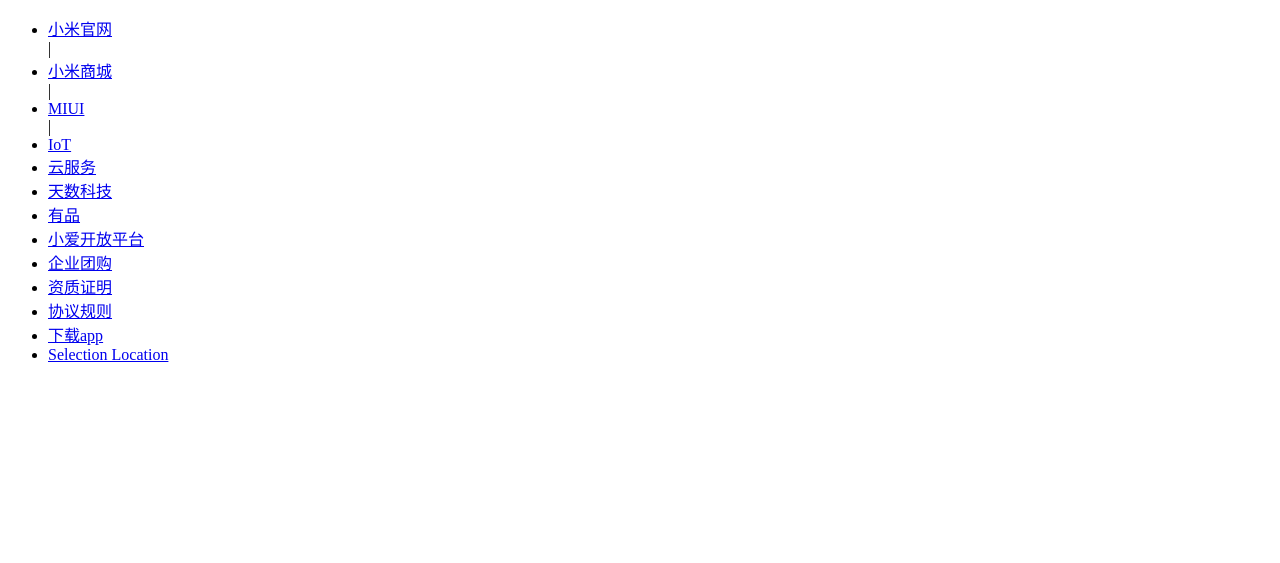
Repository: MonoYan/Mi-Homepage
Page: index.html
An editor plug-in stored every save of this project. The page is shown before and after a run of saves, followed by the edit.
The browser window is 1280 px wide. The pictures show the whole page.

Above is the page before, as saved 2022-11-22 16:11:00.

### index.html
<!DOCTYPE html>
<html lang="en">
<head>
    <meta charset="UTF-8">
    <meta http-equiv="X-UA-Compatible" content="IE=edge">
    <meta name="viewport" content="width=device-width, initial-scale=1.0">
    <title>
        小米商城 - Xiaomi 12、Redmi K50、MIX FOLD，小米电视官方网站
    </title>
</head>
<body>
    <!-- 黑色导航栏 -->
    <div class="container">
        <div class="topbar-nav">
            <ul>
                <li><a href="#">小米官网</a></li>
                <span class="sep">|</span>
                <li><a href="#">小米商城</a></li>
                <span class="sep">|</span>
                <li><a href="#">MIUI</a></li>
                <span class="sep">|</span>
                <li><a href="#">IoT</a></li>
                <li><a href="#">云服务</a></li>
                <li><a href="#">天数科技</a></li>
                <li><a href="#">有品</a></li>
                <li><a href="#">小爱开放平台</a></li>
                <li><a href="#">企业团购</a></li>
                <li><a href="#">资质证明</a></li>
                <li><a href="#">协议规则</a></li>
                <li><a href="#">下载app</a></li>
                <li><a href="#">Selection Location</a></li>
            </ul>
        </div>

    </div>
    <!-- 站内导航 -->
    <nav>

    </nav>
    <!-- 轮播 -->
    <div>

    </div>
    <!-- 轮播下面的四个导航 -->
    <div>

    </div>
    <div>

    </div>
    <!-- main page -->
    <div>

    </div>
    <!-- footer-sever -->
    <div>

    </div>
    <!-- footer-link -->
    <div>

    </div>
    <footer>

    </footer>
</body>
</html>

After the next 16 saves:
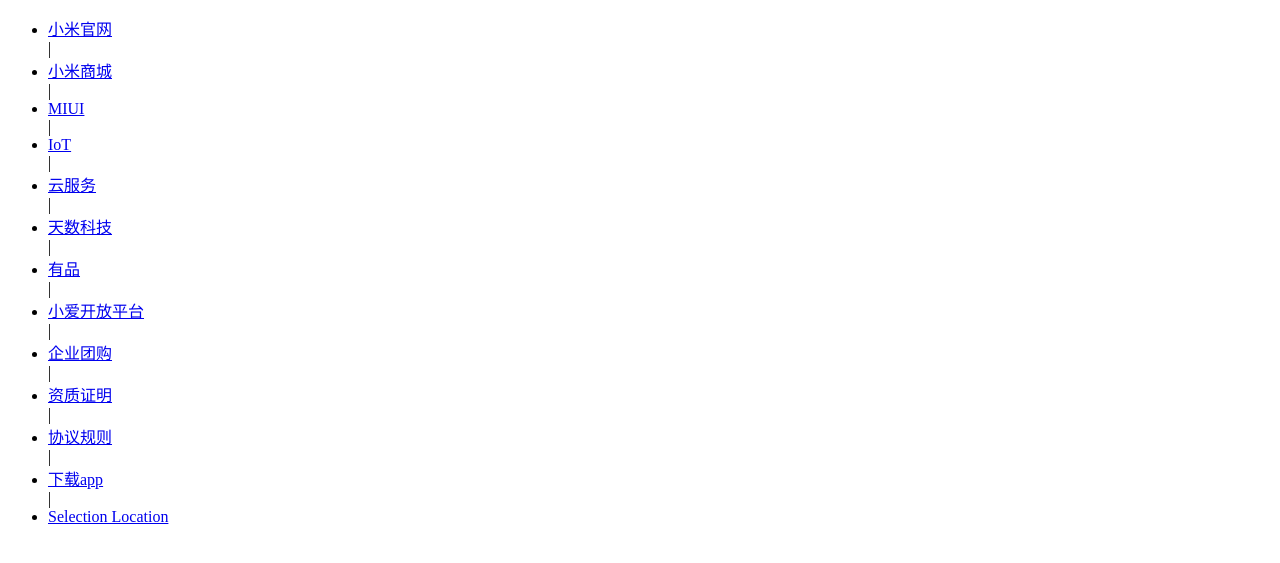
The 16 saves are shown as one change because they came seconds apart.
The last was saved 33 s later.
--- a/index.html
+++ b/index.html
@@ -20,14 +20,23 @@
                 <li><a href="#">MIUI</a></li>
                 <span class="sep">|</span>
                 <li><a href="#">IoT</a></li>
+                <span class="sep">|</span>
                 <li><a href="#">云服务</a></li>
+                <span class="sep">|</span>
                 <li><a href="#">天数科技</a></li>
+                <span class="sep">|</span>
                 <li><a href="#">有品</a></li>
+                <span class="sep">|</span>
                 <li><a href="#">小爱开放平台</a></li>
+                <span class="sep">|</span>
                 <li><a href="#">企业团购</a></li>
+                <span class="sep">|</span>
                 <li><a href="#">资质证明</a></li>
+                <span class="sep">|</span>
                 <li><a href="#">协议规则</a></li>
+                <span class="sep">|</span>
                 <li><a href="#">下载app</a></li>
+                <span class="sep">|</span>
                 <li><a href="#">Selection Location</a></li>
             </ul>
         </div>
